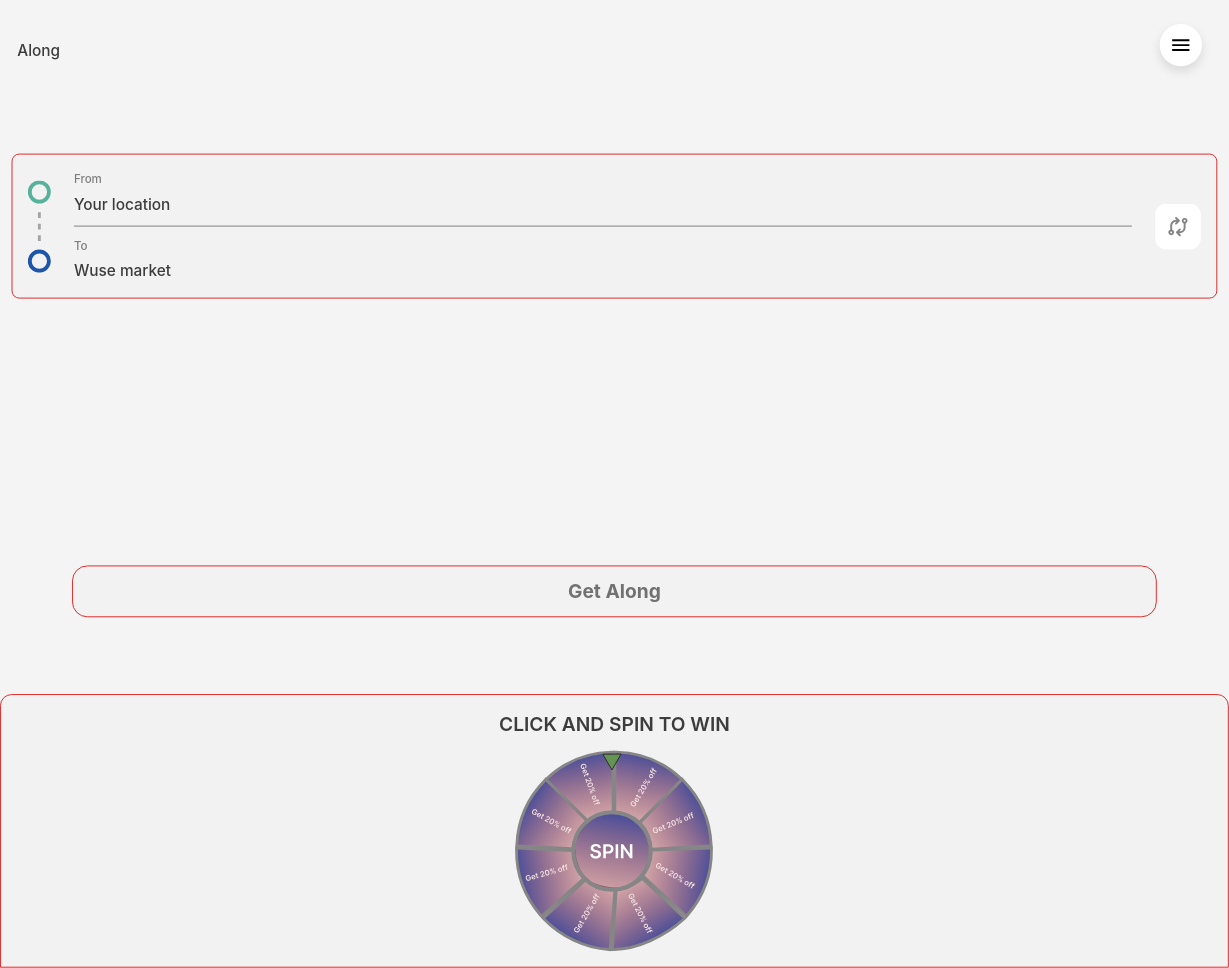
Repository: TeamAlong/Along-App
Page: /
These files come from the project's save history. The page is drawn as it stood at one moment and after the next save; the edit follows.
The browser window is 1280 px wide. The pictures show the whole page, at 96% of full size.
The project was rebuilt for these pictures with package versions that can differ from the ones it lists, and the page was loaded fresh each time. The framework's server and built-in components were replaced by stand-ins that run in the browser. Also part of the build but not shown: next.config.mjs, src/components/user/drivers-preview.js.

Above is the page before, as saved 2024-02-26 22:39:16.

### src/pages/index.js
import { useState } from "react";
import Layout from "@/components/Layout";
import Image from "next/image";
import { useUi } from "@/context/UiContext/uiContext";
import Circles from "../../public/assets/loc-circles.svg";
import Rout from "../../public/assets/route-icon.svg";

export default function Home() {
  const { setShowSpin } = useUi();

  const handleGetAlongClick = () => {
    setShowSpin(false); // Hide the spin and show drivers preview
  };
  return (
    <Layout>
      <main className="pt-40 pb-20 px-3 flex flex-col gap-[278px]">
        <section className="w-full flex items-center gap-6 px-4 py-[18px] rounded-lg bg-[#F2F2F2] border border-red-600">
          <Image src={Circles} alt="" />

          <div className="w-full flex flex-col">
            <div className="flex flex-col gap-2 items-start border-b border-[#7E7E7E] pb-3">
              <p className="text-xs text-[#7E7E7E]">From</p>
              <input
                className="w-full h-full bg-transparent border-none outline-none"
                type="text"
                placeholder="Your location"
              />
            </div>

            <div className="flex flex-col gap-2 items-start pt-3 ">
              <p className="text-xs text-[#7E7E7E]">To</p>
              <input
                className="w-full h-full bg-transparent border-none outline-none"
                type="text"
                placeholder="Wuse market"
              />
            </div>
          </div>

          <Image src={Rout} alt="" />
        </section>

        <button
          className="w-[90%] self-center bg-[#F2F2F2] py-3 px-4 rounded-2xl text-xl text-[#717171] font-bold border border-red-600"
          onClick={handleGetAlongClick}
        >
          Get Along
        </button>
      </main>
    </Layout>
  );
}

### src/context/UiContext/uiContext.js
import React, { createContext, useContext, useState } from "react";

const UiContext = createContext();

export const useUi = () => useContext(UiContext);

export const UiProvider = ({ children }) => {
  const [showSpin, setShowSpin] = useState(true);

  return (
    <UiContext.Provider value={{ showSpin, setShowSpin }}>
      {children}
    </UiContext.Provider>
  );
};

### src/components/Layout.js
import Head from "next/head";
import Footer from "./Footer";
import Navbar from "./Navbar";

export default function Layout({ title, keywords, description, children }) {
  return (
    <div className="flex flex-col min-h-screen">
      <Head>
        <title>{title}</title>
        <meta name="description" content={description} />
        <meta name="keywords" content={keywords} />
        <meta charSet="utf-8" />
      </Head>
      <Navbar />

      <div className="flex-grow">{children}</div>

      <Footer />
    </div>
  );
}

Layout.defaultProps = {
  title: "Along app",
  description: "Along App",
  keywords: "Along App",
};

### src/components/Footer.js
import Image from "next/image";
import { useUi } from "@/context/UiContext/uiContext";
import DriversPreview from "./user/drivers-preview";
import Spin from "../../public/assets/spin-board.svg";

export default function Footer() {
  const { showSpin } = useUi();
  return (
    <footer className="w-full bg-[#F2F2F2] rounded-tl-[12px] rounded-tr-[12px] overflow-y-scroll border border-red-600 z-50 ">
      {showSpin ? (
        <div className="flex flex-col gap-2.5 items-center pt-4">
          <h3 className="text-xl font-semibold">CLICK AND SPIN TO WIN</h3>
          <Image src={Spin} alt="" />
        </div>
      ) : (
        <DriversPreview />
      )}
    </footer>
  );
}

### src/components/Navbar.js
import Image from "next/image";
import Menu from "../../public/assets/hamburger.svg";

export default function Navbar() {
  return (
    <nav className="fixed top-0 left-0  w-full flex items-center justify-between py-5 px-[18px]">
        <h1>Along</h1>
        <Image src={Menu} alt="hamburger menu"/>
    </nav>
  )
}

Loaded but not shown: src/pages/_app.js (common file); src/pages/_document.js (common file); src/styles/globals.css (common file); tailwind.config.js (common file)

After the next save:
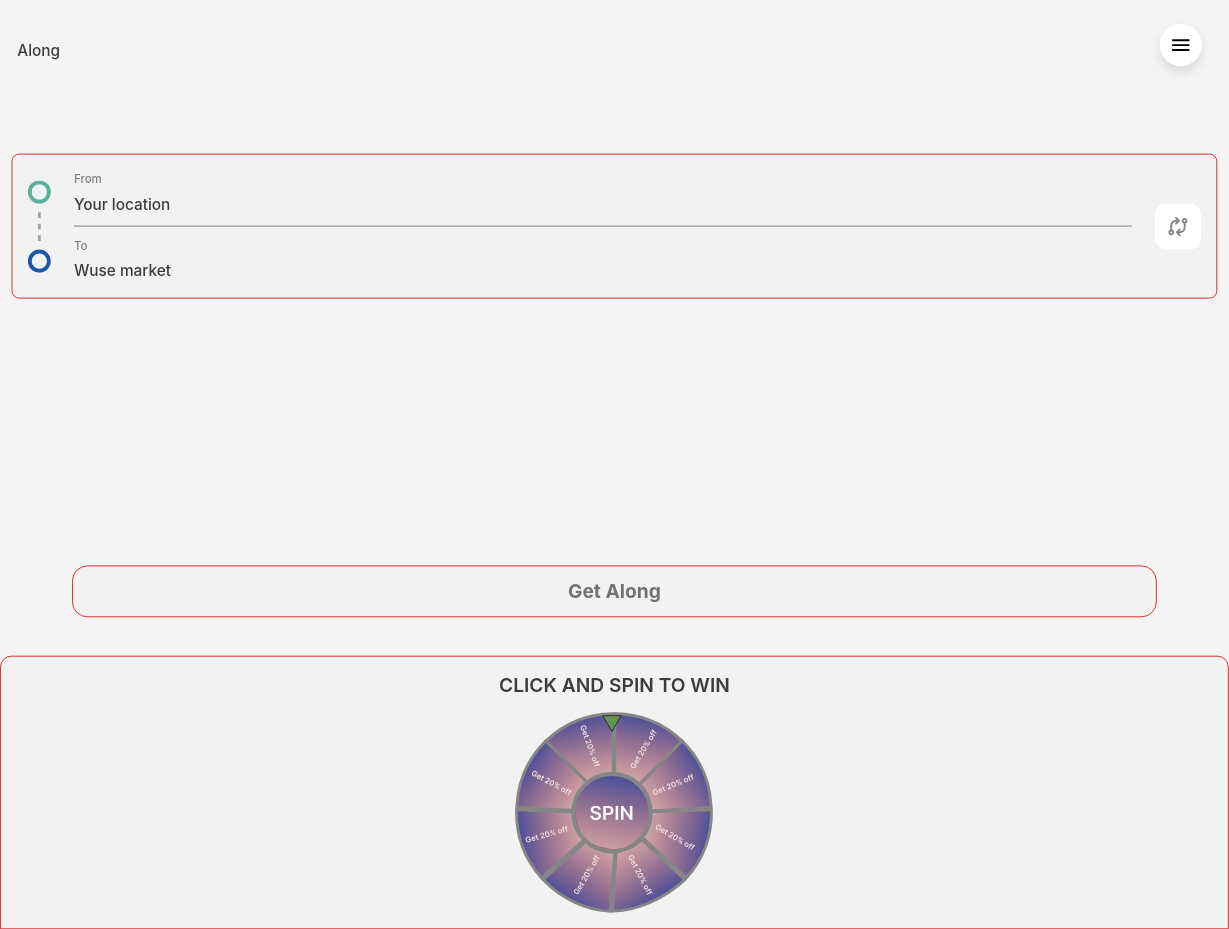
Saved 5 s later.
--- a/src/pages/index.js
+++ b/src/pages/index.js
@@ -13,7 +13,7 @@ export default function Home() {
   };
   return (
     <Layout>
-      <main className="pt-40 pb-20 px-3 flex flex-col gap-[278px]">
+      <main className="pt-40 pb-10 px-3 flex flex-col gap-[278px]">
         <section className="w-full flex items-center gap-6 px-4 py-[18px] rounded-lg bg-[#F2F2F2] border border-red-600">
           <Image src={Circles} alt="" />
 
